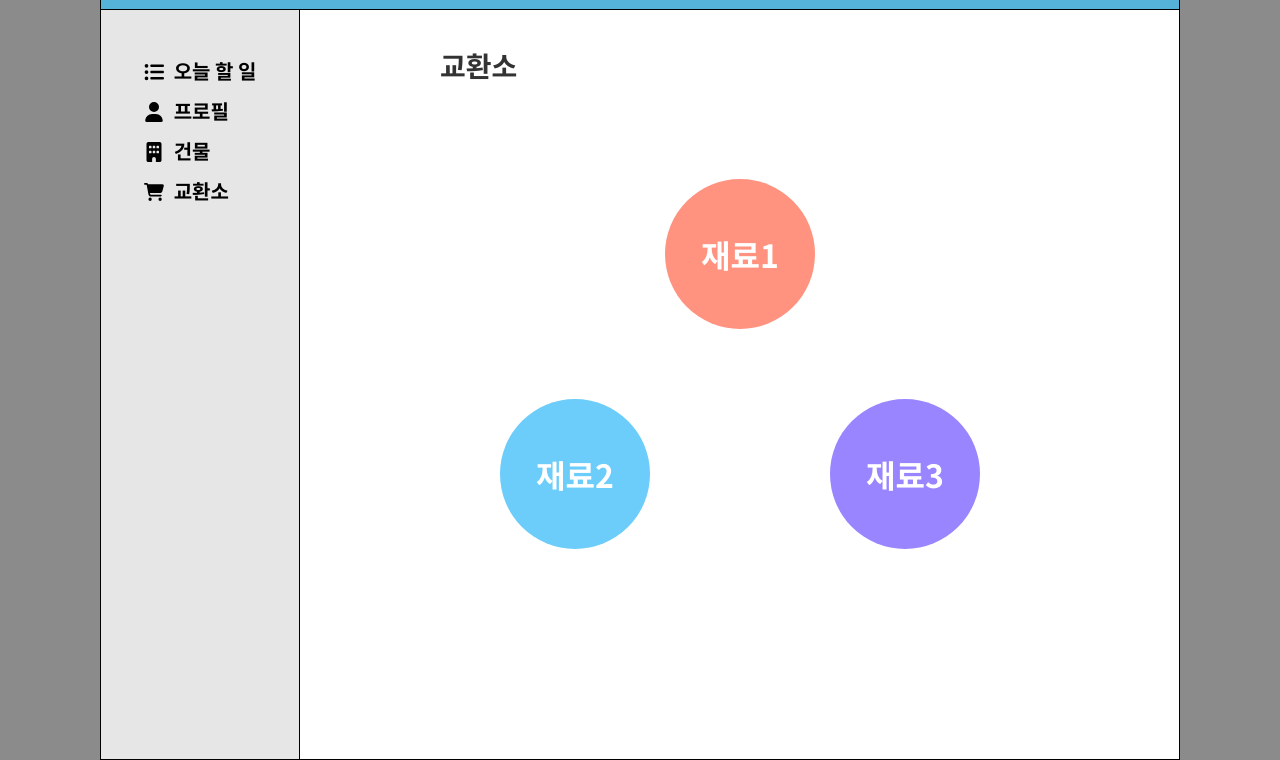
Repository: sunoo-lee/toVillage-old
Page: /#/trade
The author's editor kept a copy of each file at every save. The page is drawn from the files as they stood at one save, then again after the next save.
The browser window is 1280 px wide. The pictures show the whole page.
The project was rebuilt for these pictures with package versions that can differ from the ones it lists, and the page was loaded fresh each time. Also part of the build but not shown: src/routes/Auth.js, src/components/Todo.js, src/components/AddForm.js, src/components/Main.js, src/routes/Home.js, src/components/MyProfile.js, src/routes/Profile.js, src/components/Area.module.css and 2 more.

Above is the page before, as saved 2022-10-13 02:14:44.

After the next save:
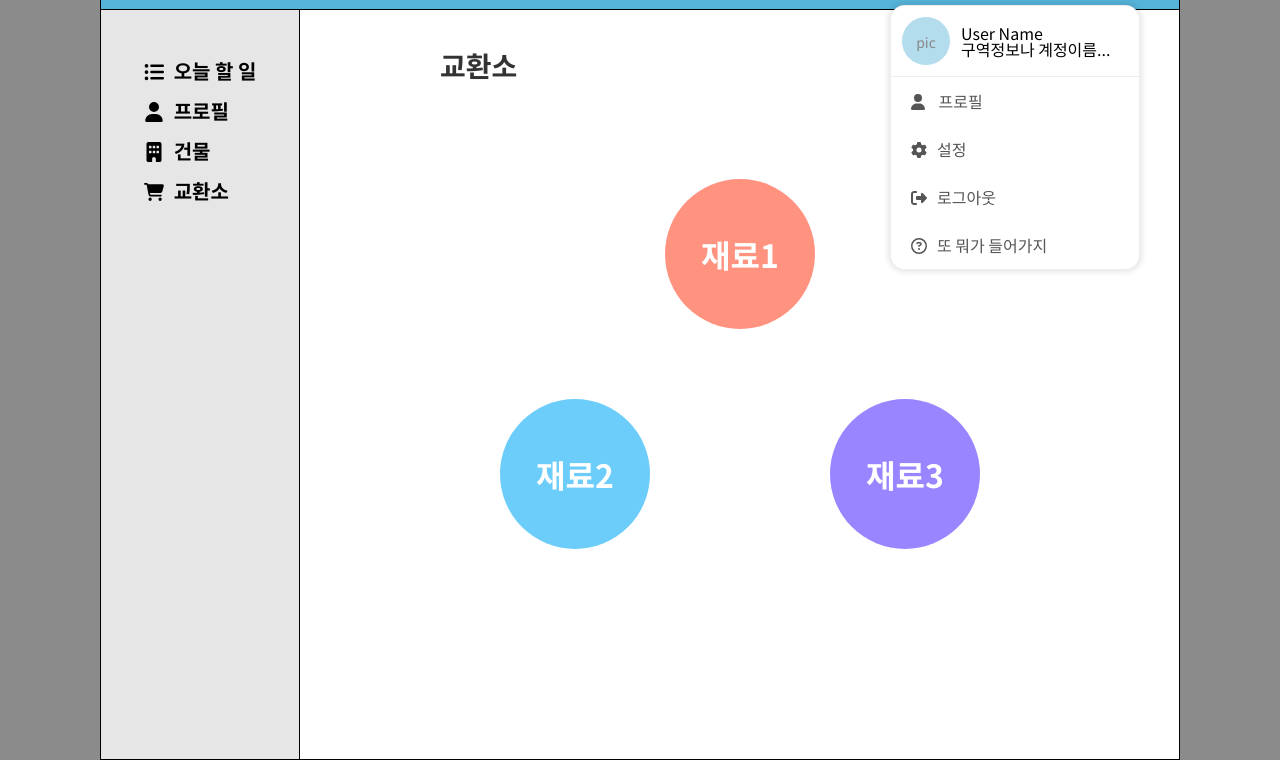
Saved 7 s later.
--- a/src/components/Dropdown.js
+++ b/src/components/Dropdown.js
@@ -8,6 +8,33 @@ import {
 } from "@fortawesome/free-solid-svg-icons";
 import { faCircleQuestion } from "@fortawesome/free-regular-svg-icons";
 
-const Dropdown = () => <div></div>;
+const Dropdown = () => (
+  <div className={styles.card}>
+    <div className={styles.userBx}>
+      <div className={styles.imgbx}>pic</div>
+      <div className={styles.userinfo}>
+        <p>User Name</p>
+        <p>구역정보나 계정이름...</p>
+      </div>
+    </div>
+    <ul className={styles.menu}>
+      <li>
+        <FontAwesomeIcon icon={faUser} /> <span>프로필</span>
+      </li>
+      <li>
+        <FontAwesomeIcon icon={faGear} />
+        <span>설정</span>
+      </li>
+      <li>
+        <FontAwesomeIcon icon={faRightFromBracket} />
+        <span>로그아웃</span>
+      </li>
+      <li>
+        <FontAwesomeIcon icon={faCircleQuestion} />
+        <span>또 뭐가 들어가지</span>
+      </li>
+    </ul>
+  </div>
+);
 
 export default Dropdown;
